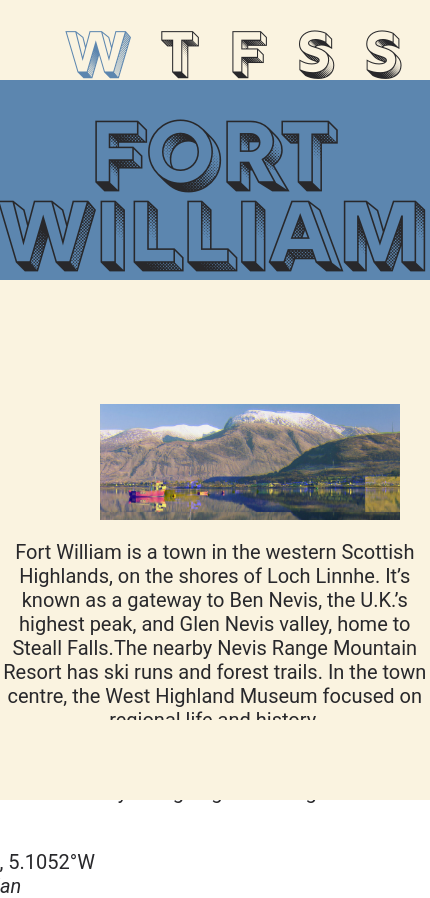
Repository: etak-yram/FINAL-CFG-WEB-DEV
Page: wednesday.html
The author's editor kept a copy of each file at every save. The page is drawn from the files as they stood at one save, then again after the next save.
The browser window is 375 px wide. The page is 430 px wide, so the pictures cover 430 px, including what lies to the right of the window. The pictures show the whole page.

Above is the page before, as saved 2022-07-27 12:45:02.

After the next save:
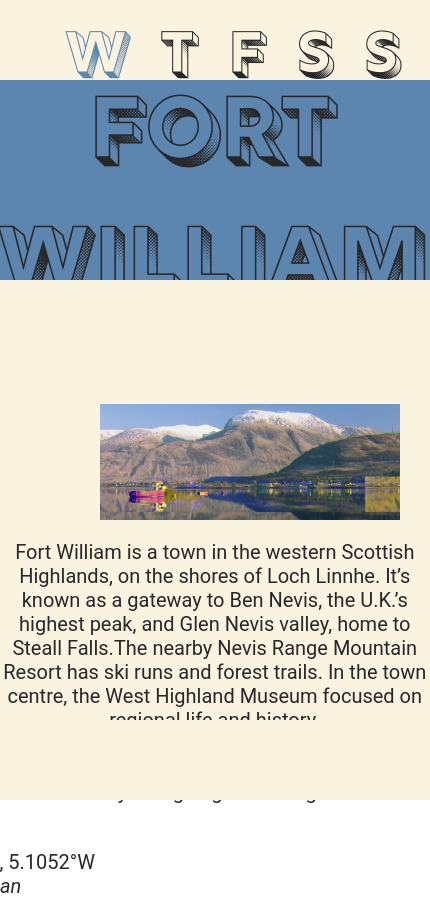
Saved 103 s later.
--- a/style-main.css
+++ b/style-main.css
@@ -234,7 +234,6 @@
   font-family: halftone;
   color: #28282B;
   font-size: 1em;
-  line-height: 80px;
 }
 
 
@@ -256,7 +255,6 @@
   color:#28282B;
   font-size: 20px;
   transform: none;
-
 }
 
 

After the save that followed:
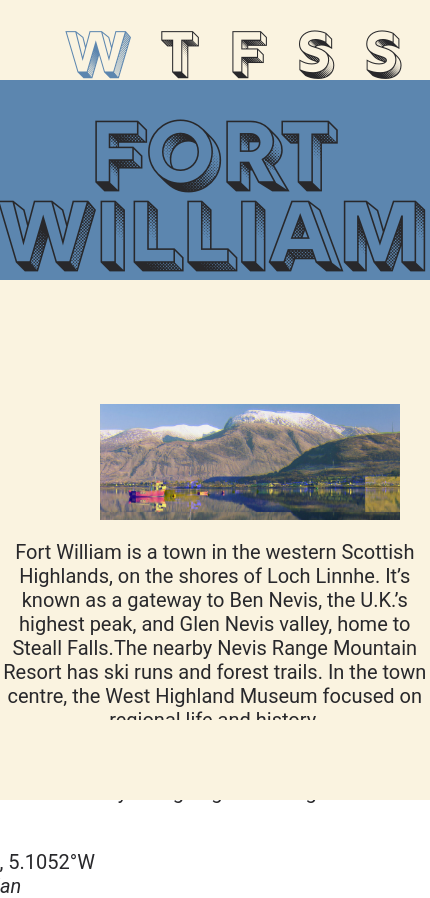
Saved 15 s later.
--- a/style-main.css
+++ b/style-main.css
@@ -234,6 +234,7 @@
   font-family: halftone;
   color: #28282B;
   font-size: 1em;
+  line-height: 80px;
 }
 
 
